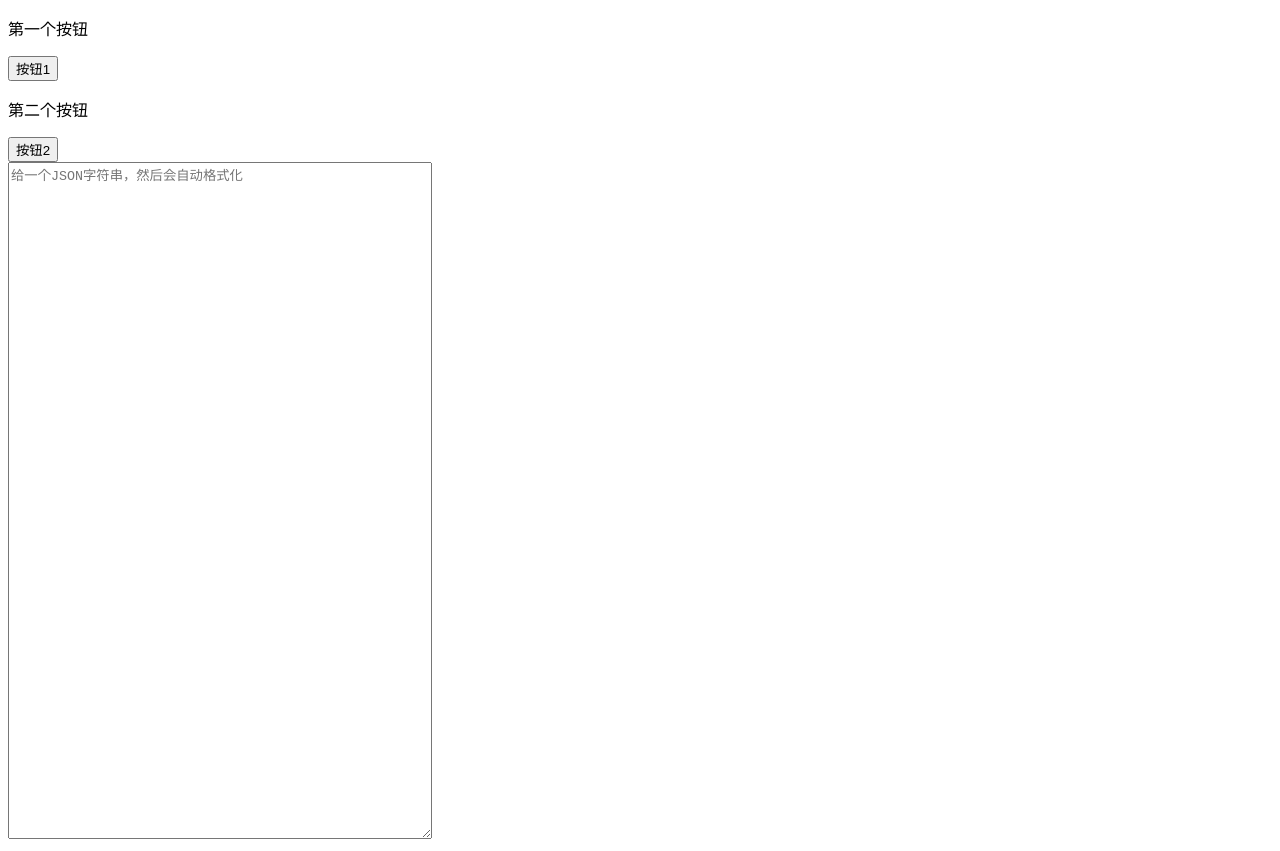
Repository: wangyanqing666/study
Page: json对象操作.html
An editor plug-in stored every save of this project. The page is shown before and after the next save, followed by the edit.
The browser window is 1280 px wide. The pictures show the whole page.

Above is the page before, as saved 2020-06-13 21:08:34.

### json对象操作.html
<!DOCTYPE html>
<html lang="en">

<head>
    <meta charset="UTF-8">
    <meta name="viewport" content="width=device-width, initial-scale=1.0">
    <title>Document</title>

    <script src="https://cdn.bootcss.com/jquery/3.4.1/jquery.js"></script>
    <script type="text/javascript" src="wyq.js"></script>
    <script type="text/javascript" charset="utf-8">
        $(function () {
            $('#but1').click(function () {
                var str = $('#editor1').val();
                var str1 = formatjson(str);
                $('#editor1').val(str1)

            });
            $('#but2').click(function () {
                var str = $('#editor1').val();
                alert(isjson(str));

            });

            function red() {


            }

            $('#but1').hover(function () {
                $('#but1').css({ "background-color": "yellow"})

            })

        })

    </script>

    <style type="text/css">
        .list {
            height: 40px;
            line-height: 60px;
        }
    </style>
</head>

<body>
    <div>
        <p>第一个按钮</p>
        <button type="submit" id='but1'>按钮1</button>
        <p>第二个按钮</p>

        <input type="button" value="按钮2" id='but2' />
    </div>

    <div>
        <textarea class="column " style="height: 671px; width: 418px;" id="editor1" placeholder="给一个JSON字符串，然后会自动格式化"
            spellcheck="false" name="jstr"></textarea>
    </div>



</body>

</html>

### wyq.js
function isjson(str) {
  if (typeof str == "string") {
    try {
      var obj = JSON.parse(str);
      if (obj instanceof Object && obj) {
        return true;
      } else {
        return false;
      }
    } catch (e) {
      console.log("error:" + str + "!!!" + e);
      return false;
    }
  } else {
    console.log("error:" + str + "不是一个字符串");

    return false;
  }
}

function formatjson(jsonStr) {
  var input;
  try {
    if (jsonStr.length == 0) {
    //   return false;
        return alert("输入内容不能为空");

    } else if (!isjson(jsonStr)) {
             return alert("您输入的内容非正规json格式，请检查后重试！");
           }
    input = eval("(" + jsonStr + ")");
  } catch (error) {
    console.log(error);
    return alert("JSON 格式化错误！");
  }

  return JSON.stringify(input, null, 4);
}

After the next save:
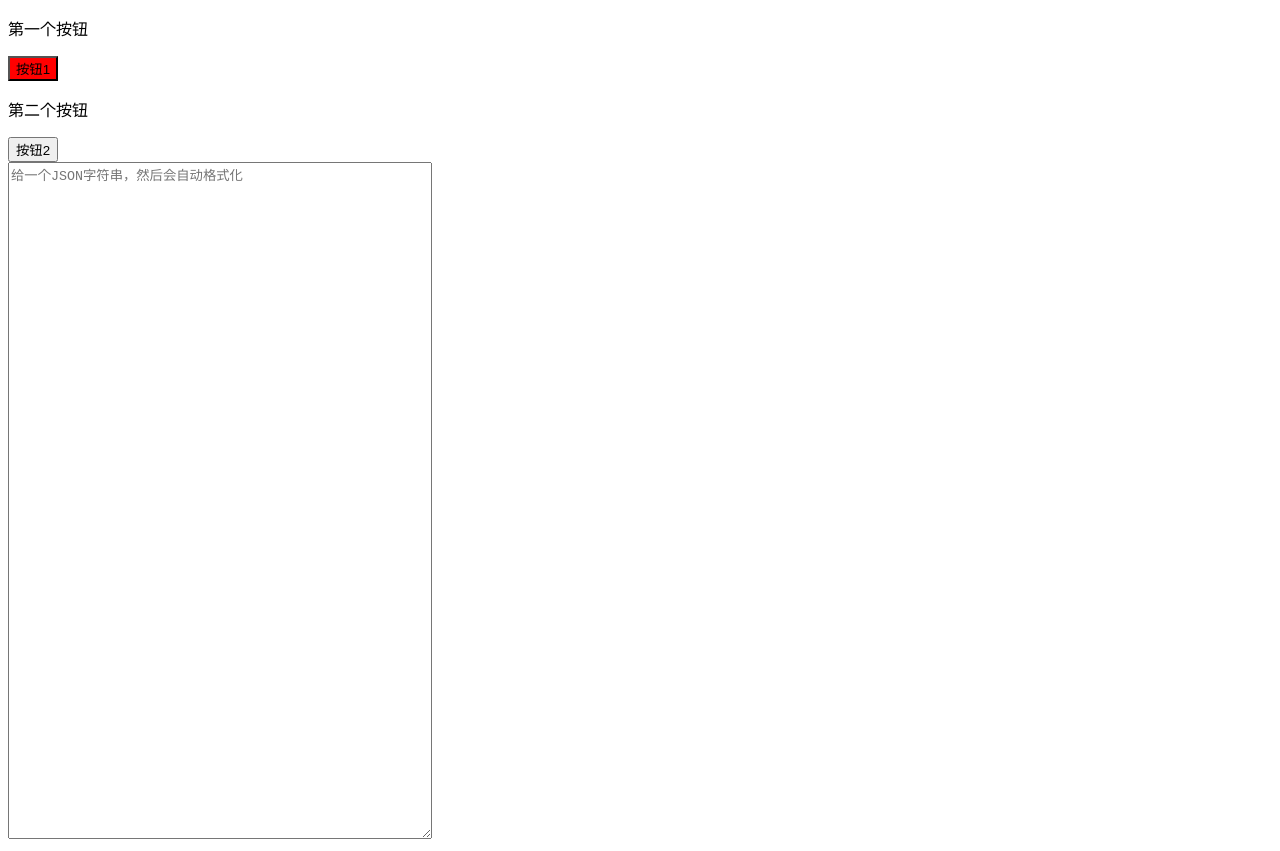
Saved 4 min 22 s later.
--- a/json对象操作.html
+++ b/json对象操作.html
@@ -22,15 +22,16 @@
 
             });
 
-            function red() {
+            function yellow() {
+                                $('#but1').css({ "background-color": "yellow" })
 
+            }
+                        function red() {
+                $('#but1').css({ "background-color": "red" })
 
             }
 
-            $('#but1').hover(function () {
-                $('#but1').css({ "background-color": "yellow"})
-
-            })
+            $('#but1').hover(yellow(), red())
 
         })
 

After the 2 saves that followed:
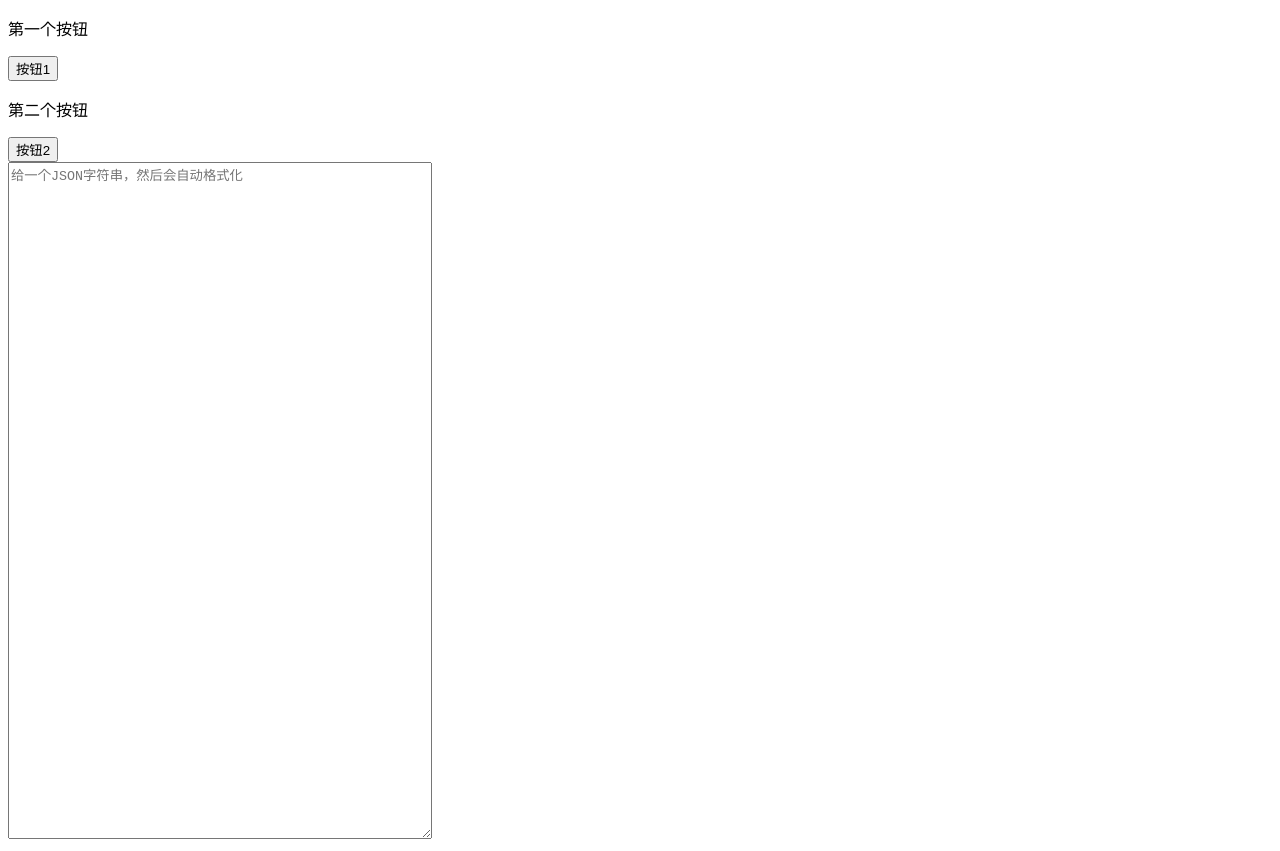
Console error: SyntaxError: Unexpected end of input
The 2 saves are shown as one change because 1 left the picture as it was.
The last was saved 100 s later.
--- a/json对象操作.html
+++ b/json对象操作.html
@@ -31,9 +31,14 @@
 
             }
 
-            $('#but1').hover(yellow(), red())
 
-        })
+
+         $("#but1").hover(function () {
+                $(this).css("background-color", "white");
+            }, function () {
+                $(this).css("background-color", "#F9F9F9");
+            });
+
 
     </script>
 
